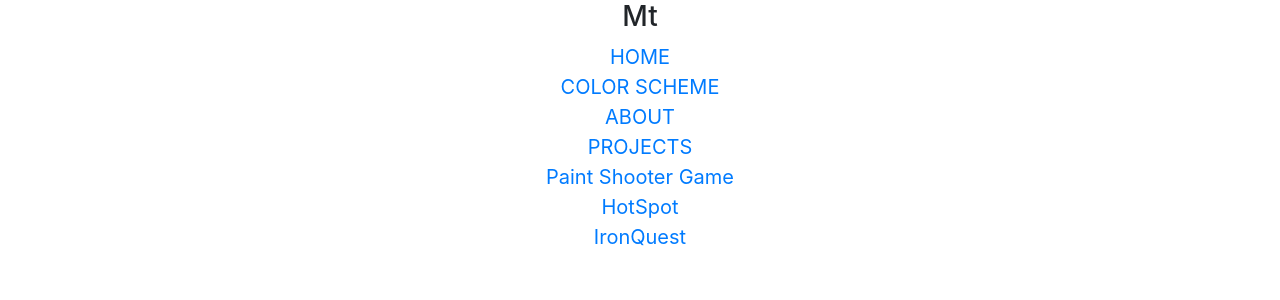
Repository: MikeTroianello/troianello.co
Page: /projects
These files come from the project's save history. The page is drawn as it stood at one moment and after the next save; the edit follows.
The browser window is 1280 px wide. The pictures show the whole page.
The project was rebuilt for these pictures with package versions that can differ from the ones it lists, and the page was loaded fresh each time. Also part of the build but not shown: src/components/locations/Home.js, src/components/locations/Colors.js, src/components/locations/About.js, src/components/locations/NotFound.js.

Above is the page before, as saved 2019-06-25 23:40:44.

After the next save:
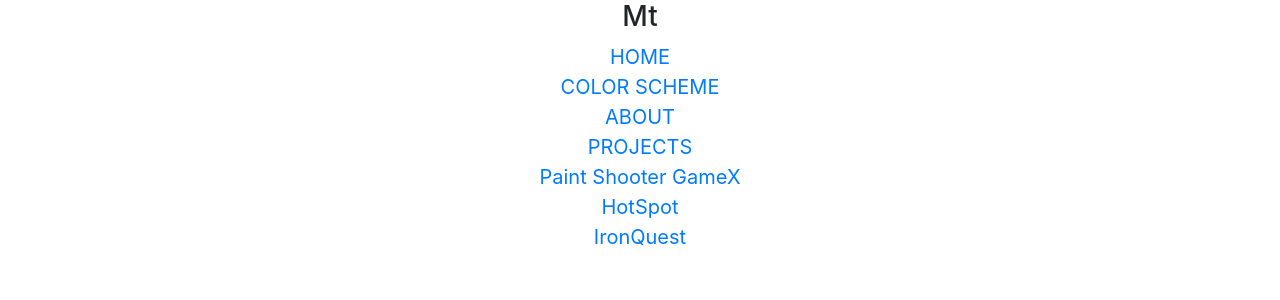
Saved 18 s later.
--- a/src/components/locations/Projects.js
+++ b/src/components/locations/Projects.js
@@ -10,7 +10,7 @@
         >
           Paint Shooter Game
         </a>
-        <a href='https://kingdomofloathing.com' />
+        <a href='https://kingdomofloathing.com'>X</a>
       </div>
       <div>
         <a
